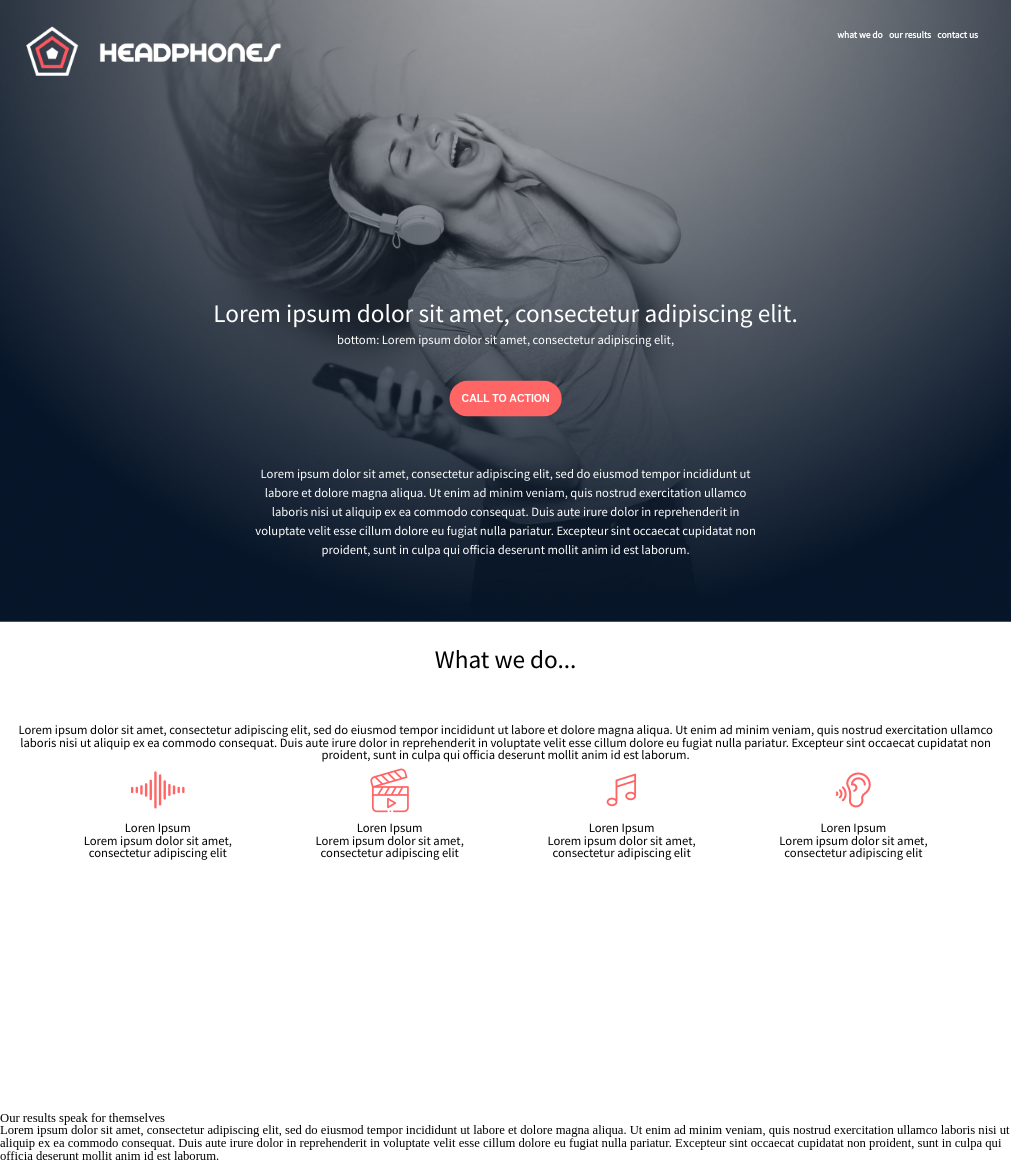
Repository: seleniadelgado/holbertonschool-web_front_end
Page: 0x09-implement_a_design_from_scratch/1-index.html
These files come from the project's save history. The page is drawn as it stood at one moment and after the next save; the edit follows.
The browser window is 1280 px wide. The pictures show the whole page, at 79% of full size.

Above is the page before, as saved 2020-03-21 21:00:25.

After the next save:
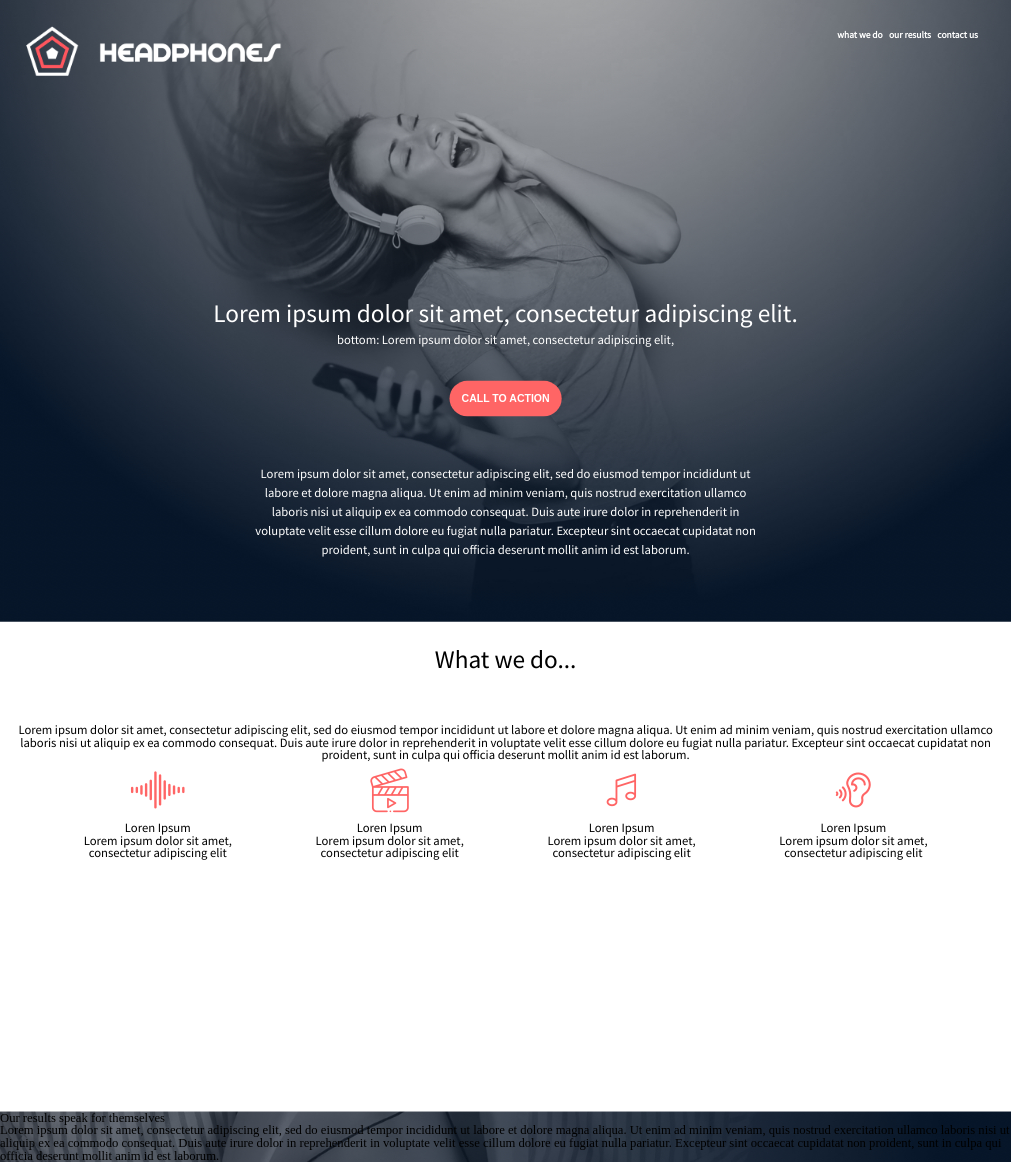
Saved 10 s later.
--- a/0x09-implement_a_design_from_scratch/1-index.html
+++ b/0x09-implement_a_design_from_scratch/1-index.html
@@ -75,7 +75,7 @@
             </div>
         </div>
     </div>
-    <div class="results">
+    <div id="results">
         <h1>Our results speak for themselves</h1>
         <p>Lorem ipsum dolor sit amet, consectetur adipiscing elit, sed do eiusmod tempor incididunt ut labore et dolore magna aliqua.
             Ut enim ad minim veniam, quis nostrud exercitation ullamco laboris nisi ut aliquip ex ea commodo consequat.
